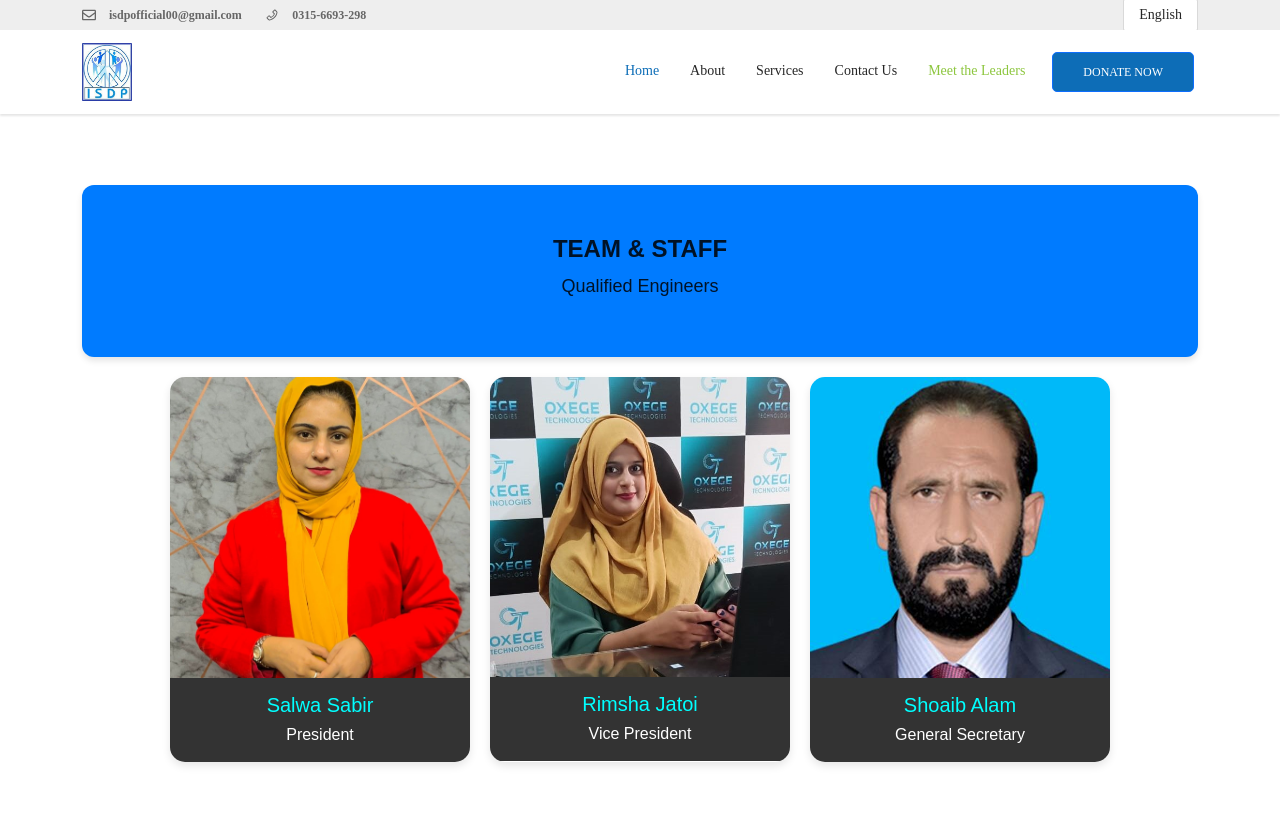
Repository: mfaizanakram8/isdp
Page: team.html
An editor plug-in stored every save of this project. The page is shown before and after the next save, followed by the edit.
The browser window is 1280 px wide. The pictures show the part of the page from y = 0 to 834 px (the page is 1410 px tall).
Pictures or frames that could not be fetched are drawn as grey boxes. Some web fonts or font styles are not loaded; a fallback is used.

Above is the page before, as saved 2025-02-23 00:30:30.

After the next save:
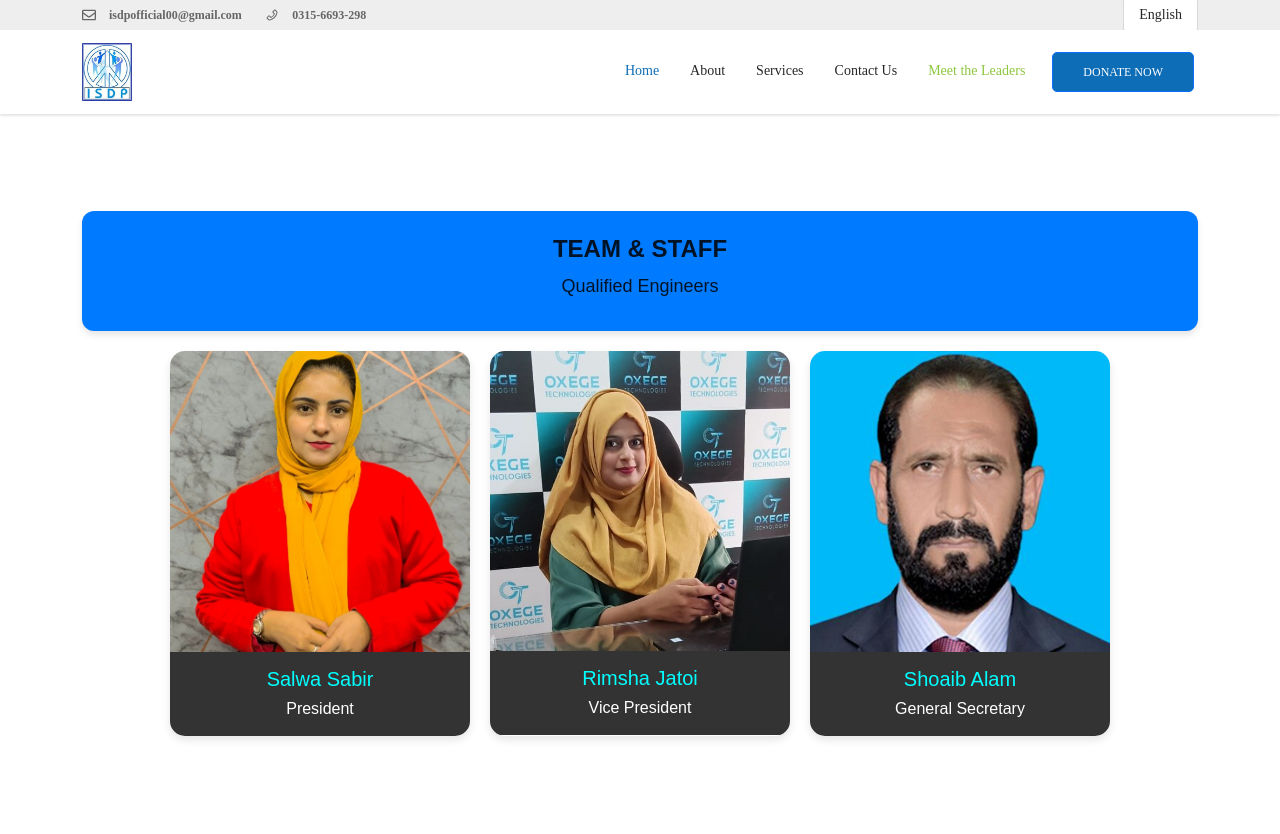
Saved 10 s later.
--- a/team.html
+++ b/team.html
@@ -489,7 +489,7 @@
 
     <div class="container">
 
-      <div style="background-color: #007bff; color: white; border-radius: 12px; padding: 50px; box-shadow: 0px 4px 6px rgba(0, 0, 0, 0.1); text-align: center;">
+      <div style="background-color: #007bff; color: white; border-radius: 12px; padding: 24px; box-shadow: 0px 4px 6px rgba(0, 0, 0, 0.1); text-align: center;">
         <h1 style="font-size: 24px; font-weight: bold;">TEAM & STAFF</h1>
         <h2 style="font-size: 18px;">Qualified Engineers</h2>
     </div>
